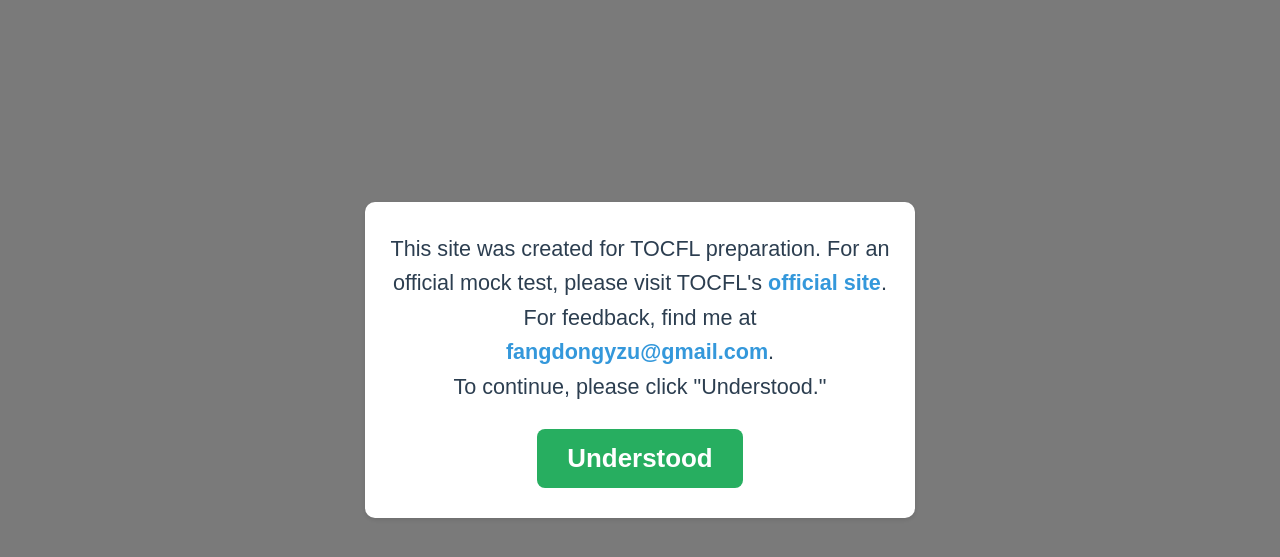
Repository: fangdongyzu/tocflmock
Page: index.html
An editor plug-in stored every save of this project. The page is shown before and after a run of saves, followed by the edit.
The browser window is 1280 px wide. The pictures show the whole page.

Above is the page before, as saved 2025-11-01 09:18:35.

After the next 2 saves:
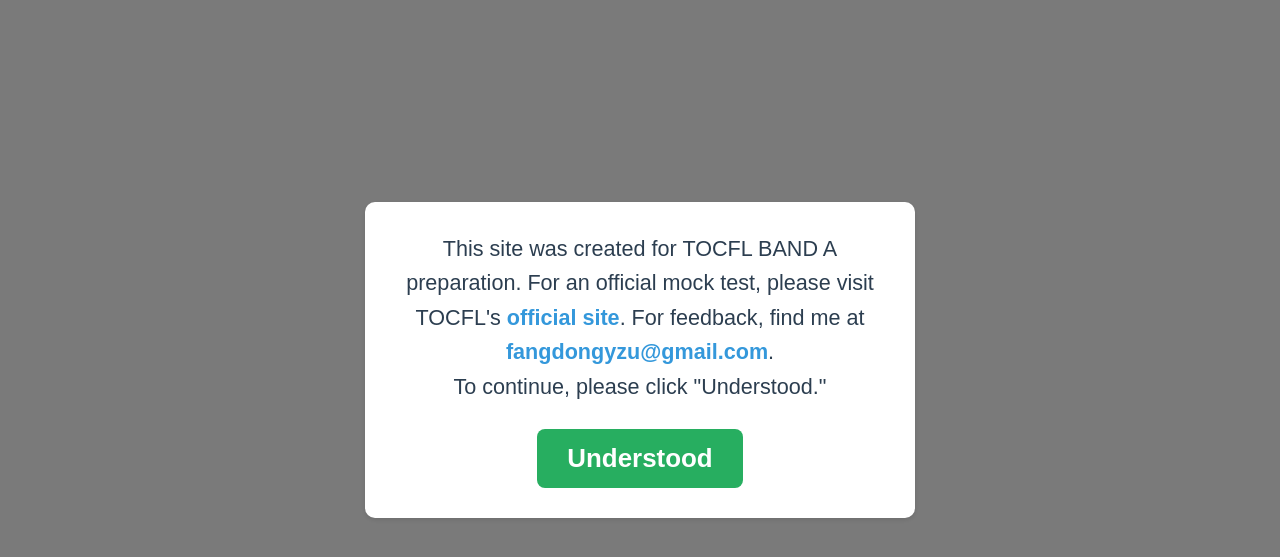
The 2 saves are shown as one change because they came seconds apart.
The last was saved 7 s later.
--- a/index.html
+++ b/index.html
@@ -13,7 +13,7 @@
     <div id="modal">
         <div id="modalContent">
             <p>
-                This site was created for TOCFL preparation. For an official mock test, please visit TOCFL's
+                This site was created for TOCFL BAND A preparation. For an official mock test, please visit TOCFL's
                 <a href="https://cbt.sc-top.org.tw/sctopj/" target="_blank">official site</a>. For feedback, find me at <a href="mailto:fangdongyzu@gmail.com">fangdongyzu@gmail.com</a>.<br>To continue, please click "Understood."
             </p>
             <button id="understoodBtn">Understood</button>
